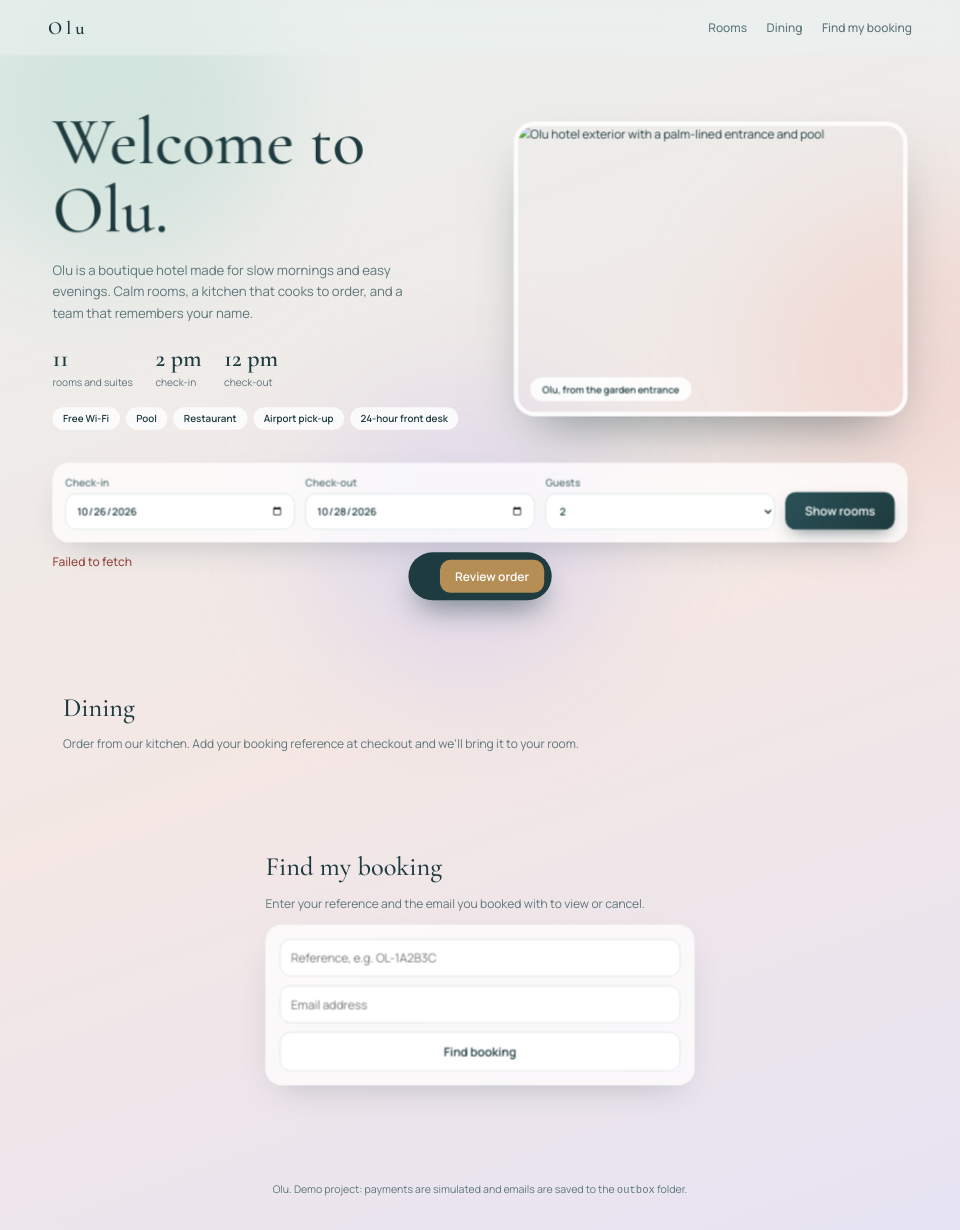
Repository: Deneththri/Hotel-System
Page: public/index.html
These files come from the project's save history. The page is drawn as it stood at one moment and after the next save; the edit follows.
The browser window is 1280 px wide. The pictures show the whole page, at 75% of full size.
The page's requests for data from a server got no answer.

Above is the page before, as saved 2026-10-25 17:58:56.
Not found: public/images/olu-hotel.svg

### public/index.html
<!DOCTYPE html>
<html lang="en">

<head>
  <meta charset="utf-8">
  <meta name="viewport" content="width=device-width,initial-scale=1">
  <title>Olu | Book your stay</title>
  <link rel="preconnect" href="https://fonts.googleapis.com">
  <link
    href="https://fonts.googleapis.com/css2?family=Cormorant+Garamond:wght@500;600&family=Manrope:wght@400;500;600&display=swap"
    rel="stylesheet">
  <link rel="stylesheet" href="style.css">
</head>

<body>
  <div class="orb o1"></div>
  <div class="orb o2"></div>
  <div class="orb o3"></div>
  <header class="nav"><a class="brand" href="#top">Olu</a>
    <nav><a href="#stay">Rooms</a><a href="#dining">Dining</a><a href="#manage">Find my booking</a></nav>
  </header>
  <main id="top">
    <section class="hero">
      <div class="intro">
        <div class="intro-text">
          <h1 class="hero-title"><span>Welcome</span> <span>to</span> <span>Olu.</span></h1>
          <p class="lead">Olu is a boutique hotel made for slow mornings and easy evenings. Calm rooms, a kitchen that
            cooks to order, and a team that remembers your name.</p>
          <ul class="facts">
            <li><b>11</b><span>rooms and suites</span></li>
            <li><b>2 pm</b><span>check-in</span></li>
            <li><b>12 pm</b><span>check-out</span></li>
          </ul>
          <div class="amen"><span>Free Wi-Fi</span><span>Pool</span><span>Restaurant</span><span>Airport
              pick-up</span><span>24-hour front desk</span></div>
        </div>
        <figure class="pic"><img src="images/olu-hotel.svg"
            alt="Olu hotel exterior with a palm-lined entrance and pool">
          <figcaption>Olu, from the garden entrance</figcaption>
        </figure>
      </div>
      <form id="search" class="card search">
        <label>Check-in<input type="date" id="checkIn" required></label>
        <label>Check-out<input type="date" id="checkOut" required></label>
        <label>Guests<select id="guests">
            <option>1</option>
            <option selected>2</option>
            <option>3</option>
            <option>4</option>
          </select></label>
        <button class="btn" type="submit">Show rooms</button>
      </form>
      <p id="searchMsg" class="msg" role="status"></p>
    </section>
    <section id="stay" class="section">
      <div id="rooms" class="grid"></div>
    </section>
    <section id="dining" class="section dining">
      <h2>Dining</h2>
      <p class="muted">Order from our kitchen. Add your booking reference at checkout and we'll bring it to your room.
      </p>
      <div id="tabs" class="tabs"></div>
      <div id="menu"></div>
    </section>
    <section id="manage" class="section narrow">
      <h2>Find my booking</h2>
      <p class="muted">Enter your reference and the email you booked with to view or cancel.</p>
      <form id="lookup" class="card lookup"><input id="lref" placeholder="Reference, e.g. OL-1A2B3C" required><input
          id="lemail" type="email" placeholder="Email address" required><button class="btn ghost">Find booking</button>
      </form>
      <p id="lookupMsg" class="msg" role="status"></p>
      <div id="lookupResult"></div>
    </section>
  </main>
  <footer>Olu. Demo project: payments are simulated and emails are saved to the <code>outbox</code> folder.</footer>
  <div class="cartbar" id="cartbar"><span></span><button class="btn" id="reviewBtn">Review order</button></div>
  <button class="pill" id="pill" hidden></button>
  <div id="modal" class="modal" hidden>
    <div class="sheet card" role="dialog" aria-modal="true"><button class="x" id="close"
        aria-label="Close">&times;</button>
      <div id="sheetBody"></div>
    </div>
  </div>
  <script src="app.js"></script>
</body>

</html>

### public/style.css
:root {
    --mist: #e9f0ee;
    --sage: #cfe0da;
    --blush: #f4e7e4;
    --lav: #e6e3f3;
    --ink: #1e3b3f;
    --muted: #5e7679;
    --gold: #b58e55;
    --card: rgba(255, 255, 255, .74);
    --r: 22px;
    --serif: 'Cormorant Garamond', Georgia, serif;
    --sans: 'Manrope', system-ui, sans-serif
}

* {
    box-sizing: border-box
}

html {
    scroll-behavior: smooth
}

body {
    margin: 0;
    font-family: var(--sans);
    color: var(--ink);
    background: linear-gradient(160deg, var(--mist), var(--blush) 55%, var(--lav));
    min-height: 100vh;
    overflow-x: hidden
}

.orb {
    position: fixed;
    border-radius: 50%;
    filter: blur(70px);
    opacity: .55;
    z-index: -1;
    animation: drift 22s ease-in-out infinite alternate
}

.o1 {
    width: 420px;
    height: 420px;
    background: #bfdcd2;
    top: -80px;
    left: -60px
}

.o2 {
    width: 380px;
    height: 380px;
    background: #f1cfc8;
    right: -80px;
    top: 35%;
    animation-delay: -8s
}

.o3 {
    width: 340px;
    height: 340px;
    background: #d3cdee;
    left: 30%;
    bottom: -120px;
    animation-delay: -14s
}

@keyframes drift {
    to {
        transform: translate(70px, 50px) scale(1.15)
    }
}

.nav {
    display: flex;
    justify-content: space-between;
    align-items: center;
    padding: 22px clamp(18px, 5vw, 64px);
    position: sticky;
    top: 0;
    backdrop-filter: blur(14px);
    background: rgba(233, 240, 238, .6);
    z-index: 5
}

.brand {
    font: 600 1.7rem var(--serif);
    color: var(--ink);
    text-decoration: none;
    letter-spacing: .02em
}

.nav nav a {
    margin-left: 26px;
    color: var(--muted);
    text-decoration: none;
    font-weight: 500;
    transition: color .2s
}

.nav nav a:hover {
    color: var(--ink)
}

.hero {
    text-align: center;
    padding: clamp(40px, 9vw, 110px) 20px 40px;
    max-width: 980px;
    margin: auto
}

.hero-title {
    font: 500 clamp(2.6rem, 8vw, 5.6rem)/1.02 var(--serif);
    margin: 0 0 18px
}

.hero-title span {
    display: inline-block;
    opacity: 0;
    transform: translateY(34px);
    filter: blur(6px);
    animation: rise .9s cubic-bezier(.2, .7, .2, 1) forwards
}

.hero-title span:nth-child(2) {
    animation-delay: .15s
}

.hero-title span:nth-child(3) {
    animation-delay: .3s
}

.hero-title span:nth-child(4) {
    animation-delay: .45s
}

@keyframes rise {
    to {
        opacity: 1;
        transform: none;
        filter: none
    }
}

.lead {
    color: var(--muted);
    font-size: 1.1rem;
    max-width: 520px;
    margin: 0 auto 34px
}

.card {
    background: var(--card);
    backdrop-filter: blur(16px);
    border: 1px solid rgba(255, 255, 255, .8);
    border-radius: var(--r);
    box-shadow: 0 18px 50px -20px rgba(30, 59, 63, .28)
}

.search {
    display: grid;
    grid-template-columns: repeat(3, 1fr) auto;
    gap: 14px;
    padding: 16px;
    align-items: end;
    text-align: left
}

label {
    display: grid;
    gap: 6px;
    font-size: .85rem;
    color: var(--muted);
    font-weight: 600
}

input,
select,
textarea {
    font: inherit;
    color: var(--ink);
    padding: 13px 14px;
    border-radius: 14px;
    border: 1.5px solid #d5e2de;
    background: #fff;
    transition: border-color .2s, box-shadow .2s;
    width: 100%
}

input:focus,
select:focus,
textarea:focus {
    outline: none;
    border-color: var(--gold);
    box-shadow: 0 0 0 4px rgba(181, 142, 85, .18)
}

.btn {
    font: 600 1rem var(--sans);
    border: 0;
    border-radius: 14px;
    padding: 14px 26px;
    color: #fff;
    cursor: pointer;
    background: linear-gradient(135deg, #2b5258, #1e3b3f);
    transition: transform .2s, box-shadow .2s;
    box-shadow: 0 10px 22px -10px rgba(30, 59, 63, .7)
}

.btn:hover {
    transform: translateY(-2px);
    box-shadow: 0 16px 26px -12px rgba(30, 59, 63, .7)
}

.btn:active {
    transform: none
}

.btn:disabled {
    opacity: .6;
    cursor: wait
}

.btn.ghost {
    background: #fff;
    color: var(--ink);
    border: 1.5px solid #d5e2de;
    box-shadow: none
}

:focus-visible {
    outline: 3px solid var(--gold);
    outline-offset: 2px
}

.msg {
    min-height: 24px;
    color: #9a4a3f;
    font-weight: 500;
    margin: 14px 0 0
}

.muted {
    color: var(--muted)
}

.section {
    padding: 30px clamp(18px, 5vw, 64px) 60px;
    max-width: 1240px;
    margin: auto
}

.narrow {
    max-width: 700px
}

h2 {
    font: 500 2.2rem var(--serif);
    margin: 0 0 6px
}

.grid {
    display: grid;
    grid-template-columns: repeat(auto-fit, minmax(290px, 1fr));
    gap: 26px
}

.room {
    overflow: hidden;
    opacity: 0;
    transform: translateY(26px);
    animation: rise .7s cubic-bezier(.2, .7, .2, 1) forwards;
    transition: transform .35s, box-shadow .35s
}

.room:hover {
    transform: translateY(-6px);
    box-shadow: 0 28px 60px -22px rgba(30, 59, 63, .4)
}

.art {
    height: 170px;
    position: relative;
    overflow: hidden
}

.art::after {
    content: "";
    position: absolute;
    inset: -40%;
    background: radial-gradient(circle at 30% 30%, rgba(255, 255, 255, .85), transparent 40%);
    animation: sun 9s ease-in-out infinite alternate
}

@keyframes sun {
    to {
        transform: translate(35%, 20%)
    }
}

.t1 .art {
    background: linear-gradient(135deg, #bfe0d0, #e3efe6)
}

.t2 .art {
    background: linear-gradient(135deg, #bcd4ea, #e4e6f5)
}

.t3 .art {
    background: linear-gradient(135deg, #f0d3c8, #efe1ee)
}

.badge {
    position: absolute;
    top: 14px;
    left: 14px;
    z-index: 1;
    background: #fff;
    border-radius: 99px;
    padding: 6px 12px;
    font-size: .78rem;
    font-weight: 600;
    color: #9a4a3f
}

.body {
    padding: 22px
}

.body h3 {
    font: 600 1.7rem var(--serif);
    margin: 0 0 6px
}

.body p {
    color: var(--muted);
    margin: 0 0 14px;
    line-height: 1.55
}

.chips {
    display: flex;
    flex-wrap: wrap;
    gap: 8px;
    margin-bottom: 18px
}

.chips span {
    background: var(--mist);
    border-radius: 99px;
    padding: 5px 12px;
    font-size: .8rem;
    font-weight: 500
}

.foot {
    display: flex;
    justify-content: space-between;
    align-items: center;
    gap: 10px
}

.price b {
    font: 600 1.9rem var(--serif)
}

.price small {
    display: block;
    color: var(--muted)
}

.empty {
    text-align: center;
    padding: 30px;
    color: var(--muted)
}

.modal {
    position: fixed;
    inset: 0;
    background: rgba(30, 59, 63, .35);
    backdrop-filter: blur(6px);
    display: grid;
    place-items: center;
    padding: 16px;
    z-index: 20;
    animation: fade .25s
}

.modal[hidden] {
    display: none
}

@keyframes fade {
    from {
        opacity: 0
    }
}

.sheet {
    width: min(560px, 100%);
    max-height: 94vh;
    overflow: auto;
    padding: 30px;
    position: relative;
    background: rgba(255, 255, 255, .93);
    animation: pop .45s cubic-bezier(.2, .9, .3, 1.2)
}

@keyframes pop {
    from {
        opacity: 0;
        transform: translateY(30px) scale(.95)
    }
}

.x {
    position: absolute;
    top: 12px;
    right: 16px;
    border: 0;
    background: none;
    font-size: 2rem;
    color: var(--muted);
    cursor: pointer
}

.sheet h3 {
    font: 600 2rem var(--serif);
    margin: 0 0 4px
}

.form {
    display: grid;
    gap: 14px;
    margin-top: 18px
}

.two {
    display: grid;
    grid-template-columns: 1fr 1fr;
    gap: 14px
}

.sum {
    background: var(--mist);
    border-radius: 16px;
    padding: 14px 16px;
    margin-top: 14px;
    font-size: .93rem
}

.sum div {
    display: flex;
    justify-content: space-between;
    padding: 3px 0
}

.sum .tot {
    border-top: 1px dashed #b9cdc7;
    margin-top: 6px;
    padding-top: 9px;
    font-weight: 700;
    font-size: 1.05rem
}

.pay {
    display: grid;
    grid-template-columns: 1fr 1fr;
    gap: 10px
}

.pay label {
    display: flex;
    gap: 8px;
    align-items: center;
    border: 1.5px solid #d5e2de;
    background: #fff;
    border-radius: 14px;
    padding: 12px;
    cursor: pointer;
    color: var(--ink)
}

.pay input {
    width: auto
}

.pay label:has(input:checked) {
    border-color: var(--gold);
    background: #fbf5ea
}

.ok {
    text-align: center
}

.check {
    width: 96px;
    height: 96px;
    margin: 6px auto 10px;
    display: block
}

.check circle {
    fill: #e4f2ea;
    stroke: #8dbfa6;
    stroke-width: 3;
    stroke-dasharray: 290;
    stroke-dashoffset: 290;
    animation: draw .8s .1s ease forwards
}

.check path {
    fill: none;
    stroke: #2f7d5b;
    stroke-width: 6;
    stroke-linecap: round;
    stroke-linejoin: round;
    stroke-dasharray: 60;
    stroke-dashoffset: 60;
    animation: draw .5s .8s ease forwards
}

@keyframes draw {
    to {
        stroke-dashoffset: 0
    }
}

.ref {
    display: inline-block;
    margin: 10px 0 4px;
    padding: 10px 22px;
    border-radius: 14px;
    background: #fbf5ea;
    border: 1.5px dashed var(--gold);
    font: 600 1.6rem var(--serif);
    letter-spacing: .12em;
    animation: pulse 2.4s 1.4s ease-in-out 2
}

@keyframes pulse {
    50% {
        box-shadow: 0 0 0 12px rgba(181, 142, 85, .15)
    }
}

.ok .sum {
    text-align: left
}

.actions {
    display: flex;
    gap: 10px;
    justify-content: center;
    margin-top: 20px;
    flex-wrap: wrap
}

.lookup {
    display: grid;
    gap: 12px;
    padding: 18px;
    margin-top: 18px
}

.status {
    display: inline-block;
    padding: 4px 12px;
    border-radius: 99px;
    font-size: .78rem;
    font-weight: 700;
    background: #e4f2ea;
    color: #2f7d5b
}

.status.CANCELLED,
.status.NO_SHOW {
    background: #f6dcd7;
    color: #9a4a3f
}

#lookupResult .card {
    padding: 22px;
    margin-top: 18px;
    animation: pop .45s
}

footer {
    text-align: center;
    color: var(--muted);
    padding: 30px 20px 46px;
    font-size: .88rem
}

@media(max-width:760px) {
    .search {
        grid-template-columns: 1fr 1fr
    }

    .search .btn {
        grid-column: 1/-1
    }

    .nav nav a:first-child {
        display: none
    }

    .two,
    .pay {
        grid-template-columns: 1fr
    }
}

@media(prefers-reduced-motion:reduce) {
    * {
        animation-duration: .01s !important;
        animation-delay: 0s !important;
        transition: none !important
    }
}

@media print {
    body {
        background: #fff
    }

    .orb,
    .nav,
    footer,
    .actions,
    .x,
    #top,
    #manage {
        display: none
    }

    .modal {
        position: static;
        background: none
    }

    .sheet {
        box-shadow: none
    }
}

.dining {
    max-width: 1240px
}

.tabs {
    display: flex;
    gap: 10px;
    flex-wrap: wrap;
    margin: 18px 0 24px
}

.tab {
    border: 1.5px solid #d5e2de;
    background: #fff;
    border-radius: 99px;
    padding: 9px 18px;
    font: 600 .9rem var(--sans);
    color: var(--muted);
    cursor: pointer;
    transition: all .2s
}

.tab.on {
    background: var(--ink);
    color: #fff;
    border-color: var(--ink)
}

#menu {
    display: grid;
    grid-template-columns: repeat(auto-fill, minmax(320px, 1fr));
    gap: 18px
}

.dish {
    display: flex;
    gap: 16px;
    align-items: center;
    padding: 16px
}

.dish.enter {
    opacity: 0;
    animation: rise .6s cubic-bezier(.2, .7, .2, 1) forwards
}

.ico {
    width: 64px;
    height: 64px;
    border-radius: 18px;
    display: grid;
    place-items: center;
    font-size: 1.9rem;
    background: linear-gradient(135deg, var(--sage), var(--blush));
    flex: none
}

.dinfo {
    flex: 1
}

.dinfo h4 {
    margin: 0 0 3px;
    font: 600 1.25rem var(--serif)
}

.dinfo p {
    margin: 0 0 6px;
    color: var(--muted);
    font-size: .85rem;
    line-height: 1.4
}

.dinfo b {
    color: var(--gold)
}

.qty {
    display: flex;
    align-items: center;
    gap: 8px
}

.qty button {
    width: 34px;
    height: 34px;
    border-radius: 50%;
    border: 1.5px solid #d5e2de;
    background: #fff;
    font-size: 1.2rem;
    cursor: pointer;
    color: var(--ink);
    transition: transform .15s, background .2s, color .2s
}

.qty button:hover {
    background: var(--ink);
    color: #fff;
    transform: scale(1.1)
}

.qty span {
    min-width: 18px;
    text-align: center;
    font-weight: 700
}

.cartbar {
    position: fixed;
    left: 50%;
    bottom: 22px;
    transform: translate(-50%, 160%);
    z-index: 8;
    display: flex;
    gap: 18px;
    align-items: center;
    padding: 10px 10px 10px 24px;
    border-radius: 99px;
    background: var(--ink);
    color: #fff;
    font-weight: 600;
    box-shadow: 0 20px 40px -12px rgba(30, 59, 63, .6);
    transition: transform .5s cubic-bezier(.2, .9, .3, 1.2)
}

.cartbar.show {
    transform: translate(-50%, 0)
}

.cartbar .btn {
    background: var(--gold);
    padding: 11px 20px;
    box-shadow: none
}

.pill {
    position: fixed;
    left: 18px;
    bottom: 22px;
    z-index: 8;
    border: 0;
    border-radius: 99px;
    padding: 11px 18px;
    background: #fff;
    color: var(--ink);
    font: 600 .85rem var(--sans);
    box-shadow: 0 14px 30px -12px rgba(30, 59, 63, .45);
    cursor: pointer
}

.pill[hidden] {
    display: none
}

.pill[data-s=READY] {
    background: #2f7d5b;
    color: #fff;
    animation: pulse 1.6s infinite
}

.hint {
    margin: -6px 0 0;
    font-size: .82rem;
    color: var(--muted)
}

.steps {
    position: relative;
    display: flex;
    margin: 26px 0 8px
}

.steps::before,
.steps::after {
    content: "";
    position: absolute;
    top: 10px;
    left: 12.5%;
    height: 3px;
    border-radius: 2px
}

.steps::before {
    right: 12.5%;
    background: #d5e2de
}

.steps::after {
    width: calc(var(--p)*25%);
    background: #2f7d5b;
    animation: grow 1s ease
}

@keyframes grow {
    from {
        width: 0
    }
}

.step {
    flex: 1;
    text-align: center;
    position: relative
}

.step i {
    display: block;
    width: 22px;
    height: 22px;
    margin: 0 auto 6px;
    border-radius: 50%;
    background: #fff;
    border: 3px solid #d5e2de;
    transition: all .3s
}

.step.done i {
    background: #2f7d5b;
    border-color: #2f7d5b
}

.step.now i {
    animation: pulse 1.8s infinite
}

.step small {
    font-weight: 600;
    font-size: .78rem;
    color: var(--muted)
}

.step.done small {
    color: var(--ink)
}

.toast {
    position: fixed;
    top: 84px;
    right: 18px;
    z-index: 30;
    max-width: 340px;
    padding: 16px 20px;
    border-radius: 18px;
    background: #2f7d5b;
    color: #fff;
    font-weight: 600;
    line-height: 1.45;
    box-shadow: 0 20px 40px -14px rgba(30, 59, 63, .55);
    animation: slide .5s cubic-bezier(.2, .9, .3, 1.2)
}

.toast.out {
    opacity: 0;
    transform: translateX(30px);
    transition: .6s
}

@keyframes slide {
    from {
        opacity: 0;
        transform: translateX(60px)
    }
}

@media(max-width:760px) {
    #menu {
        grid-template-columns: 1fr
    }

    .cartbar {
        width: calc(100% - 28px);
        justify-content: space-between
    }

    .pill {
        bottom: 84px
    }
}

@media print {

    .cartbar,
    .pill,
    .toast {
        display: none
    }
}

.brand {
    letter-spacing: .22em;
    font-size: 1.55rem
}

.hero {
    max-width: 1180px;
    text-align: left;
    padding-top: clamp(28px, 6vw, 70px)
}

.intro {
    display: grid;
    grid-template-columns: 1.05fr 1fr;
    gap: clamp(24px, 5vw, 64px);
    align-items: center;
    margin-bottom: 44px
}

.intro .lead {
    margin: 0 0 26px;
    max-width: 480px;
    line-height: 1.65
}

.facts {
    display: flex;
    gap: 30px;
    list-style: none;
    padding: 0;
    margin: 0 0 24px
}

.facts b {
    display: block;
    font: 600 2rem var(--serif)
}

.facts span {
    font-size: .85rem;
    color: var(--muted)
}

.amen {
    display: flex;
    flex-wrap: wrap;
    gap: 8px
}

.amen span {
    background: rgba(255, 255, 255, .8);
    border-radius: 99px;
    padding: 6px 14px;
    font-size: .82rem;
    font-weight: 600
}

.pic {
    margin: 0;
    position: relative;
    opacity: 0;
    animation: rise 1.1s .35s cubic-bezier(.2, .7, .2, 1) forwards
}

.pic img {
    display: block;
    width: 100%;
    aspect-ratio: 4/3;
    object-fit: cover;
    border-radius: 28px;
    box-shadow: 0 34px 70px -28px rgba(30, 59, 63, .55);
    border: 6px solid rgba(255, 255, 255, .85)
}

.pic figcaption {
    position: absolute;
    left: 22px;
    bottom: 20px;
    background: rgba(255, 255, 255, .88);
    backdrop-filter: blur(8px);
    border-radius: 99px;
    padding: 7px 16px;
    font-size: .8rem;
    font-weight: 600
}

@media(max-width:860px) {
    .intro {
        grid-template-columns: 1fr
    }

    .pic {
        order: -1
    }

    .facts {
        gap: 22px
    }
}

Loaded but not shown: public/app.js (140 lines, source omitted)

After the next save:
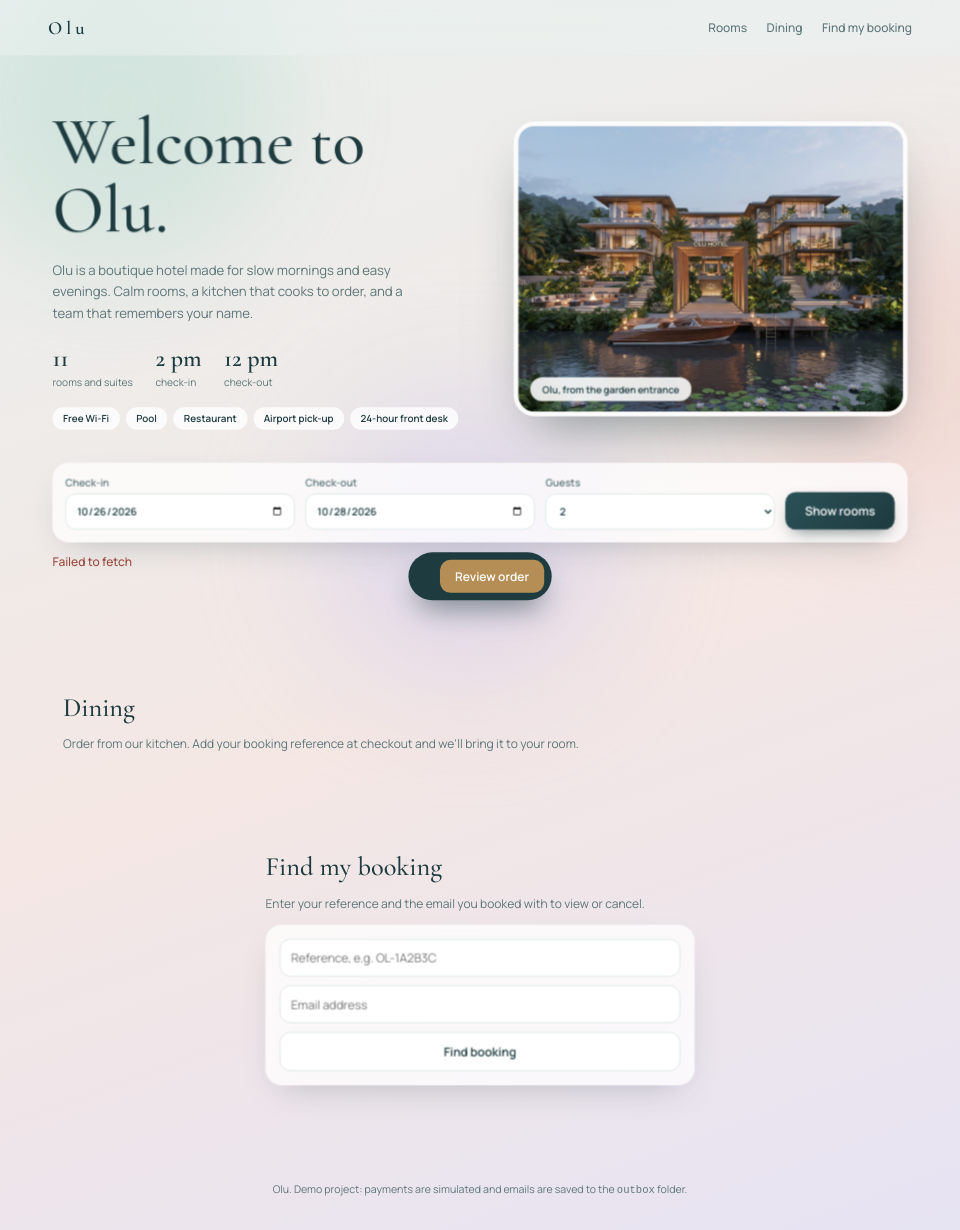
Saved 5 min 18 s later.
--- a/public/index.html
+++ b/public/index.html
@@ -34,7 +34,7 @@
           <div class="amen"><span>Free Wi-Fi</span><span>Pool</span><span>Restaurant</span><span>Airport
               pick-up</span><span>24-hour front desk</span></div>
         </div>
-        <figure class="pic"><img src="images/olu-hotel.svg"
+        <figure class="pic"><img src="images/olu-hotel.jpg"
             alt="Olu hotel exterior with a palm-lined entrance and pool">
           <figcaption>Olu, from the garden entrance</figcaption>
         </figure>
